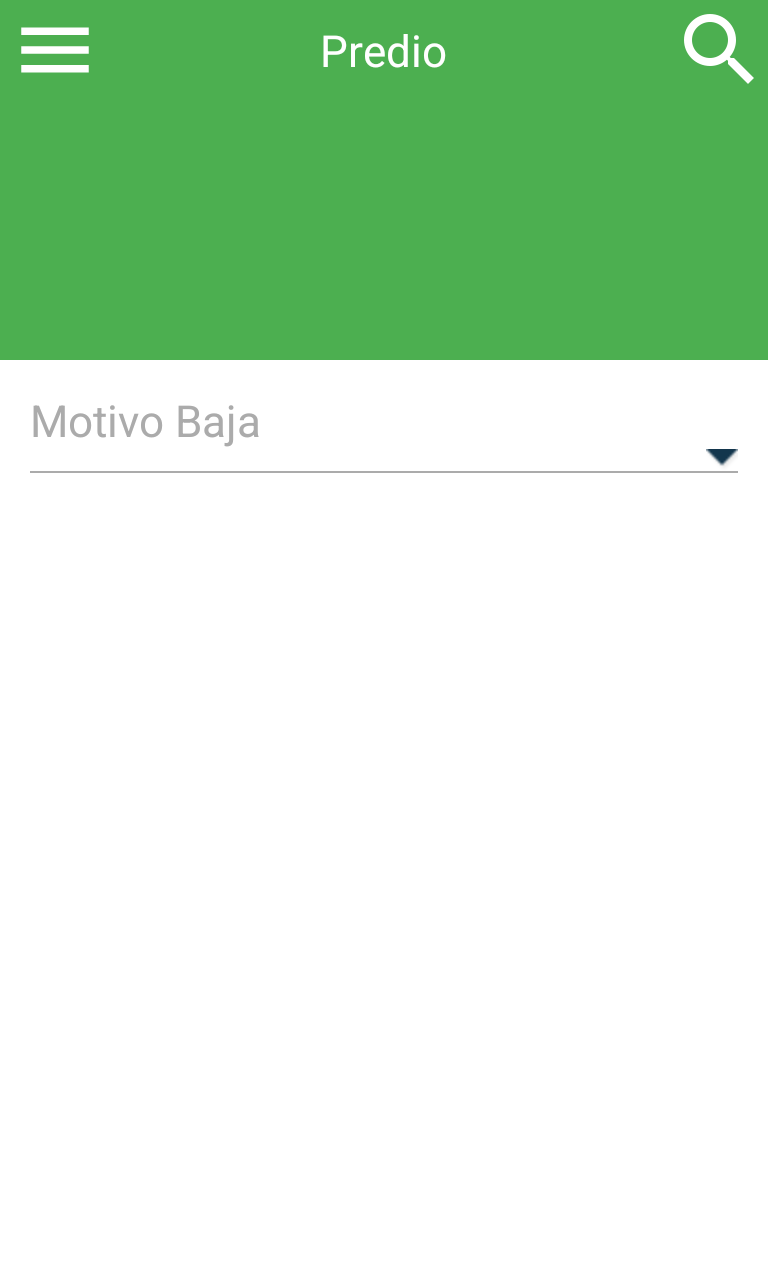
Repository: danielctf/Chilterra
Layout: Proyectos/Animales/res/layout/activity_baja_ganado.xml
The author's editor kept a copy of each file at every save. The layout is drawn from the files as they stood at one save, then again after the next save.
It is drawn on a 768 x 1280 px phone screen (xhdpi) without system bars, with theme AppTheme; the app's code is not run.

Above is the layout before, as saved 2015-10-09 16:38:28.

### Proyectos/Animales/res/layout/activity_baja_ganado.xml
<LinearLayout xmlns:android="http://schemas.android.com/apk/res/android"
    xmlns:tools="http://schemas.android.com/tools"
    android:id="@+id/LinearLayout1"
    android:layout_width="match_parent"
    android:layout_height="match_parent"
    android:orientation="vertical"
    tools:context="cl.a2r.animales.BajaGanado" >

    <RelativeLayout
        android:layout_width="match_parent"
        android:layout_height="50dp"
        android:background="@color/green" >

        <ImageButton
            android:id="@+id/menu"
            android:layout_width="wrap_content"
            android:layout_height="wrap_content"
            android:layout_alignParentLeft="true"
            android:layout_centerVertical="true"
            android:layout_marginLeft="5dp"
            android:background="@null"
            android:src="@drawable/ic_navigation_menu" />

        <TextView
            android:id="@+id/predio"
            android:layout_width="wrap_content"
            android:layout_height="wrap_content"
            android:layout_centerHorizontal="true"
            android:layout_centerVertical="true"
            android:text="Predio"
            android:textAppearance="?android:attr/textAppearanceLarge"
            android:textColor="@color/white" />

        <ImageView
            android:id="@+id/logs"
            android:layout_width="wrap_content"
            android:layout_height="wrap_content"
            android:layout_alignParentRight="true"
            android:layout_centerVertical="true"
            android:src="@drawable/ic_search_white_48dp" />
    </RelativeLayout>

    <RelativeLayout
        android:layout_width="match_parent"
        android:layout_height="wrap_content"
        android:background="@color/green"
        android:layout_weight="0.2" >

        <TextView
            android:id="@+id/despliegaDiio"
            android:layout_width="wrap_content"
            android:layout_height="wrap_content"
            android:layout_centerHorizontal="true"
            android:layout_centerVertical="true"
            android:text=""
            android:textAppearance="?android:attr/textAppearanceLarge" />

    </RelativeLayout>

    <RelativeLayout
        android:layout_width="match_parent"
        android:layout_height="wrap_content"
        android:layout_weight="0.8" >

        <TextView
            android:id="@+id/textView1"
            android:layout_width="wrap_content"
            android:layout_height="wrap_content"
            android:layout_alignParentLeft="true"
            android:layout_alignParentTop="true"
            android:layout_marginLeft="15dp"
            android:layout_marginTop="15dp"
            android:text="Motivo Baja"
            android:textColor="#ababab"
            android:textAppearance="?android:attr/textAppearanceLarge" />

        <Spinner
            android:id="@+id/motivoBaja"
            android:layout_width="match_parent"
            android:layout_height="wrap_content"
            android:layout_alignLeft="@+id/textView1"
            android:layout_marginRight="15dp"
            android:background="@drawable/shape_drop_down_normal"
            android:layout_below="@+id/textView1" />

    </RelativeLayout>

</LinearLayout>

### Proyectos/Animales/res/values/colors.xml
<?xml version="1.0" encoding="utf-8"?>
<resources>
    <color name="red">#ffff0000</color>
    <color name="darkred">#b22222</color>
    <color name="white">#ffffff</color>
    <color name="gris">#cccccc</color>
    <color name="green">#4caf50</color>
</resources>

### Proyectos/Animales/res/drawable/shape_drop_down_normal.xml
<?xml version="1.0" encoding="utf-8"?>
<layer-list xmlns:android="http://schemas.android.com/apk/res/android" >


    <item android:top="-2dp" android:right="-2dp" android:left="-2dp">
        <shape>
            <solid android:color="@android:color/transparent" />
            <stroke
                android:width="1dp"
                android:color="#ababab" />
        </shape>
    </item>
<item>
    <bitmap
        android:gravity="end"
        android:src="@drawable/sm_tooltip_arrow" />
</item>
</layer-list>

### Proyectos/Animales/res/drawable/spinner_style.xml
<?xml version="1.0" encoding="utf-8"?>
<selector xmlns:android="http://schemas.android.com/apk/res/android" >

    <item android:state_pressed="false"
    android:drawable="@drawable/apptheme_textfield_activated_holo_light"  />

	<item android:state_pressed="true"
    android:drawable="@drawable/apptheme_textfield_focused_holo_light" />

</selector>

Loaded but not shown: Proyectos/Animales/res/values/styles.xml (common file); Proyectos/Animales/res/values-v11/styles.xml (common file); Proyectos/Animales/res/values-v14/styles.xml (common file)

After the next save:
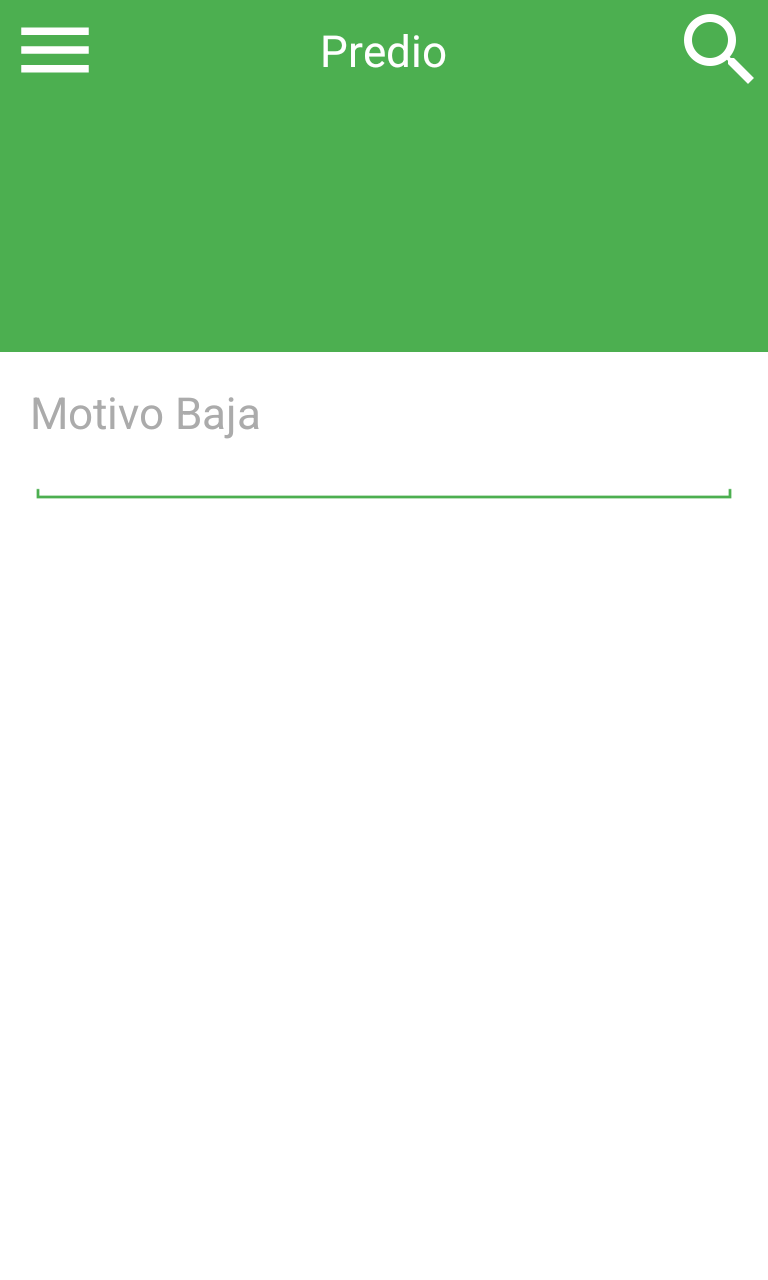
Saved 52 s later.
--- a/Proyectos/Animales/res/layout/activity_baja_ganado.xml
+++ b/Proyectos/Animales/res/layout/activity_baja_ganado.xml
@@ -80,7 +80,7 @@
             android:layout_height="wrap_content"
             android:layout_alignLeft="@+id/textView1"
             android:layout_marginRight="15dp"
-            android:background="@drawable/shape_drop_down_normal"
+            android:background="@drawable/spinner_style"
             android:layout_below="@+id/textView1" />
 
     </RelativeLayout>
